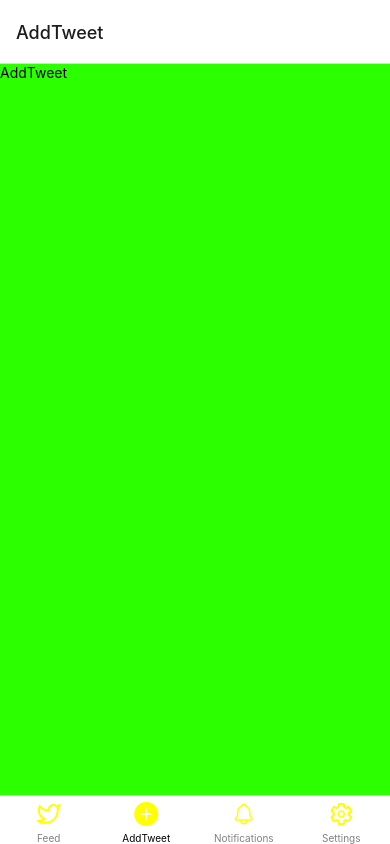
Repository: Deyvid-Kasteh/ReactNativeNavigationTraining
Screen: /AddTweet
These files come from the project's save history. The screen is drawn as it stood at one moment and after the next save; the edit follows.
The app was drawn by React Native's web renderer in a window 390 px wide. The project was rebuilt for these pictures with package versions that can differ from the ones it lists, and the page was loaded fresh each time. Also part of the build but not shown: screens/BottomTab/Notifications.js, screens/BottomTab/Settings.js.

Above is the screen before, as saved 2023-08-03 15:44:49.

After the next save:
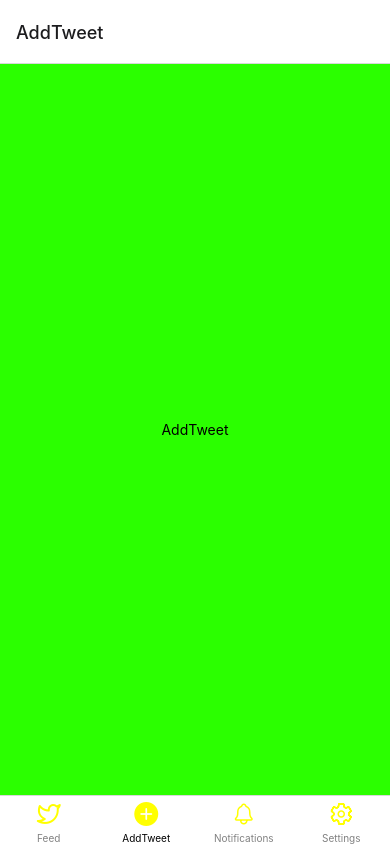
Saved 13 s later.
--- a/screens/BottomTab/AddTweet.js
+++ b/screens/BottomTab/AddTweet.js
@@ -15,5 +15,7 @@
   container: {
     flex: 1,
     backgroundColor: "#2bff00",
+    justifyContent: "center",
+    alignItems: "center",
   },
 });
